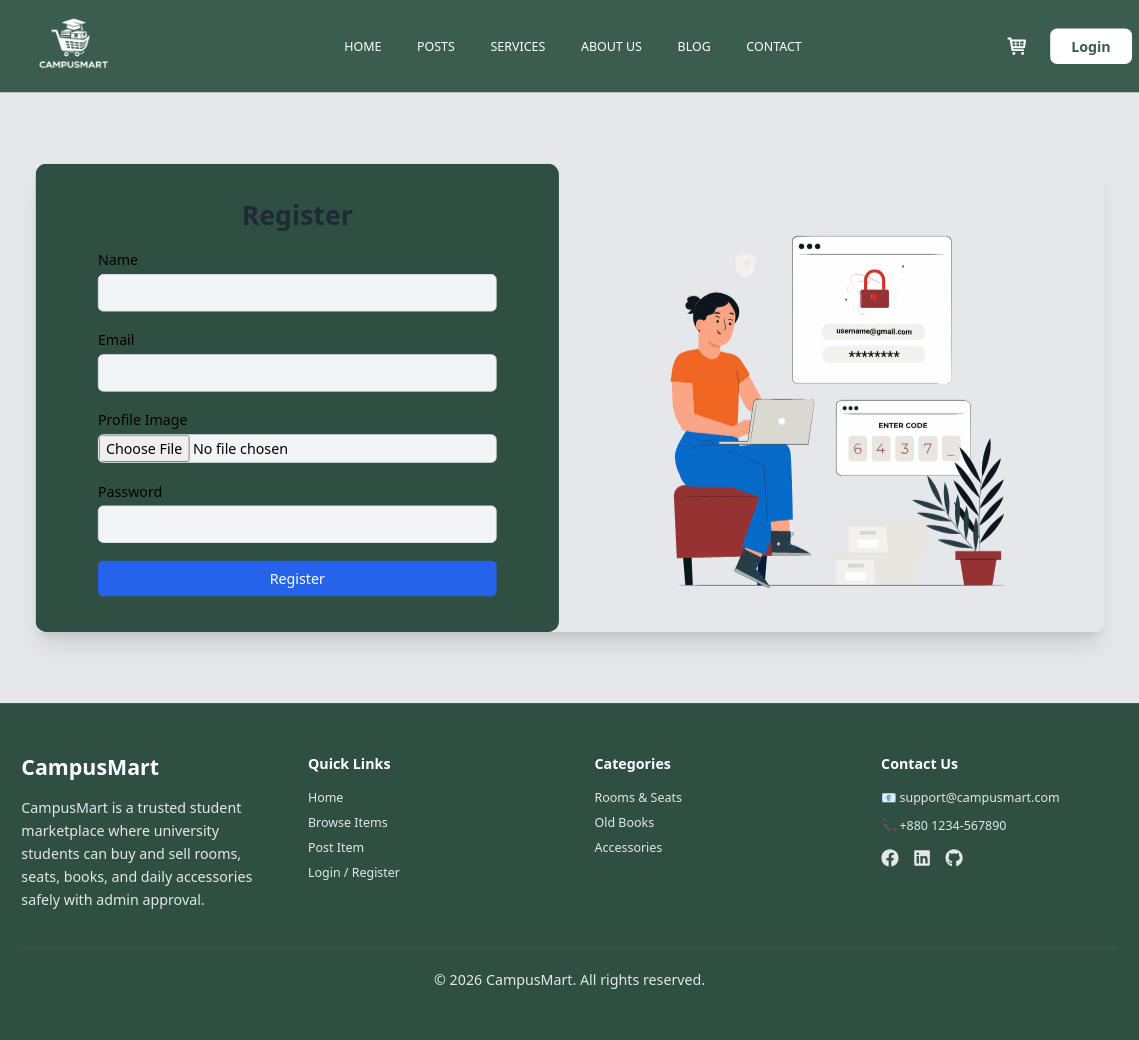
Repository: jahidhasanri/CAMPUSMART
Page: /register
These files come from the project's save history. The page is drawn as it stood at one moment and after the next save; the edit follows.
The browser window is 1280 px wide. The pictures show the whole page, at 89% of full size.
The project was rebuilt for these pictures with package versions that can differ from the ones it lists, and the page was loaded fresh each time. Also part of the build but not shown: vite.config.js, src/components/Banner.jsx, src/Pages/Home.jsx, src/Pages/Login.jsx.

Above is the page before, as saved 2026-01-13 23:40:00.

### index.html
<!doctype html>
<html lang="en">
  <head>
    <meta charset="UTF-8" />
    <link rel="icon" type="image/svg+xml" href="/vite.svg" />
    <meta name="viewport" content="width=device-width, initial-scale=1.0" />
    <title>campusmart</title>
  </head>
  <body>
    <div id="root"></div>
    <script type="module" src="/src/main.jsx"></script>
  </body>
</html>

### src/main.jsx
import { StrictMode } from 'react'
import { createRoot } from 'react-dom/client'
import './index.css'
import { RouterProvider } from 'react-router-dom'
import Router from './router/Router.jsx'


createRoot(document.getElementById('root')).render(
  <StrictMode>
    <RouterProvider router={Router} />
  </StrictMode>,
)

### src/router/Router.jsx
import { createBrowserRouter } from "react-router-dom";
import Home from "../Pages/Home.jsx";
import Main from "../components/Main.jsx";
import Login from "../Pages/Login.jsx";
import Register from "../Pages/Register.jsx";


const Router = createBrowserRouter([
  {
    path: "/",
    element: <Main></Main>,
    children:[
        {
            index:true,
            element:<Home></Home>
        },
        {
          path:"/login",
          element:<Login></Login>
        },
        {
          path:"/register",
          element:<Register></Register>
        }
    ]
  },
]);

export default Router;

### src/components/Main.jsx
import React from 'react';
import { Outlet } from 'react-router-dom';
import Navbar from './Navbar';
import Footer from './Footer';

const Main = () => {
    return (
        <div className=''>
            <Navbar></Navbar>
            <div className="min-h-[calc(100vh-422px)]">

            <Outlet></Outlet>
            </div>
            <Footer></Footer>
        </div>
    );
};

export default Main;

### src/Pages/Register.jsx
// import React, { useContext, useState } from 'react';
import { FaEye, FaEyeSlash } from 'react-icons/fa';
// import { toast } from 'react-toastify';
// import axios from 'axios';
// import { useNavigate } from 'react-router-dom';
// import { updateProfile } from 'firebase/auth';
import loginAnimation from '../json/success.json';
import Lottie from 'lottie-react';


const Register = () => {
//  const [preview, setPreview] = useState(null);
//  const [showPassword, setShowPassword] = useState(false);
//  const [error, setError] = useState("");
//  const { handelWithRegister, SetUser } = useContext(AuthContext);
//  const navigate = useNavigate();


//  const handleRegister = async (e) => {
//   e.preventDefault();
//   const form = e.target;
//   const name = form.name.value;
//   const email = form.email.value;
//   const password = form.password.value;
//   const image = form.image.files[0];

//   setError("");

//   try {
//     // Step 1: Firebase Register
//     const result = await handelWithRegister(email, password);

//     // Step 2: Image Upload
//     const formData = new FormData();
//     formData.append("image", image);

//     const imgRes = await axios.post(
//       `https://api.imgbb.com/1/upload?key=8be0cdd4b85b2bb02d8b738407647b48`,
//       formData
//     );

//     const imageUrl = imgRes.data.data.url;

//     // Step 3: Update Profile
//     await updateProfile(result.user, {
//       displayName: name,
//       photoURL: imageUrl,
//     });

//     // Step 4: Save to Database
//     await axios.post("https://resturent-management-server-three.vercel.app/users", {
//       name,
//       email,
//       image: imageUrl,
//       role: "user",
//     });

//     // Step 5: Set Context
//     SetUser({
//       email,
//       displayName: name,
//       photoURL: imageUrl,
//     });

//     toast.success("Registration successful!");
//     form.reset();
//     setPreview(null);
//     navigate("/");
//   } catch (err) {
//     console.log("Registration error: ", err);
//     toast.error("Registration failed!");
//   }
// };



//  const handleImageChange = (e) => {
//    const file = e.target.files[0];
//    if (file) {
//      setPreview(URL.createObjectURL(file));
//    }
//  };


 return (
   <div className="bg-gray-200 py-10 md:py-20 flex items-center justify-center px-4">
     <div className="w-full max-w-[1200px] h-auto grid grid-cols-1 sm:grid-cols-1 md:grid-cols-2 lg:grid-cols-2 xl:grid-cols-2 gap-6 items-center bg-cover bg-center rounded-lg overflow-hidden shadow-xl">

       {/* Form Section */}
       <div className="h-full rounded-xl flex items-center justify-center bg-[#2f4f43] p-6 md:p-10">
         <form  className="w-full max-w-md space-y-5">
           <h2 className="text-3xl font-bold mb-4 text-center text-gray-800">Register</h2>


           {/* Name Field */}
           <div>
             <label htmlFor="name" className="block mb-1 font-medium">Name</label>
             <input
               type="text"
               name="name"
               id="name"
               required
               className="w-full px-4 py-2 border rounded-md bg-gray-100 focus:ring-2 focus:ring-blue-500 focus:border-blue-500"
             />
           </div>


           {/* Email Field */}
           <div>
             <label htmlFor="email" className="block mb-1 font-medium">Email</label>
             <input
               type="email"
               name="email"
               id="email"
               required
               className="w-full px-4 py-2 border rounded-md bg-gray-100 focus:ring-2 focus:ring-blue-500 focus:border-blue-500"
             />
           </div>


           {/* Image Upload */}
           <div>
             <label htmlFor="image" className="block mb-1 font-medium">Profile Image</label>
             <input
               type="file"
               name="image"
               id="image"
               accept="image/*"
               required
            //    onChange={handleImageChange}
               className="w-full border rounded-md bg-gray-100 focus:ring-2 focus:ring-blue-500"
             />
             {/* {preview && (
               <img src={preview} alt="Preview" className="mt-2 w-24 h-24 object-cover rounded-full border" />
             )} */}
           </div>


           {/* Password Field */}
           <div className="relative">
             <label htmlFor="password" className="block mb-1 font-medium">Password</label>
             <input
            //    type={showPassword ? "text" : "password"}
            type='password'
               name="password"
               id="password"
               required
               className="w-full px-4 py-2 border rounded-md bg-gray-100 pr-10 focus:ring-2 focus:ring-blue-500 focus:border-blue-500"
             />
             <span
               className="absolute top-10 right-3 cursor-pointer text-gray-600"
            //    onClick={() => setShowPassword(!showPassword)}
             >
               {/* {showPassword ? <FaEyeSlash /> : <FaEye />} */}
             </span>
           </div>


           {/* Error Message */}
           {/* {error && <p className="text-red-600 text-sm">{error}</p>} */}


           {/* Submit Button */}
           <button
             type="submit"
             className="w-full bg-blue-600 text-white py-2 rounded-md hover:bg-blue-700 transition"
           >
             Register
           </button>
         </form>
       </div>


       {/* Animation Section */}
       <div className="w-full flex justify-center items-center p-4 md:p-0">
         <Lottie animationData={loginAnimation} loop={true} style={{ width: "100%", height: "100%", maxWidth: 400, maxHeight: 400 }} />
       </div>


     </div>
   </div>
 );
};


export default Register;

### src/components/Category.jsx
/* eslint-disable no-unused-vars */

import { motion } from "framer-motion";
import { FaHome, FaBook, FaShoppingBag } from "react-icons/fa";

const categories = [
  {
    title: "Rooms & Seats",
    desc: "Find or rent rooms and seats near your campus easily.",
    icon: <FaHome />,
  },
  {
    title: "Old Books",
    desc: "Buy and sell previous semester books at affordable prices.",
    icon: <FaBook />,
  },
  {
    title: "Accessories",
    desc: "Daily student essentials like bags, calculators, gadgets & more.",
    icon: <FaShoppingBag />,
  },
];

const fadeUp = {
  hidden: { opacity: 0, y: 60 },
  visible: {
    opacity: 1,
    y: 0,
    transition: {
      duration: 0.7,
      ease: "easeOut",
    },
  },
};

const Categories = () => {
  return (
    <section className="py-20 bg-[#f5f7f6]">
      <div className="max-w-[1300px] mx-auto px-6">

        {/* TITLE */}
        <motion.div
          variants={fadeUp}
          initial="hidden"
          whileInView="visible"
          viewport={{ once: true }}
          className="text-center mb-16"
        >
          <h2 className="text-3xl md:text-4xl font-bold text-gray-800 mb-4">
            Browse by Category
          </h2>
          <p className="text-gray-600 max-w-xl mx-auto">
            Explore categories specially designed for university students.
          </p>
        </motion.div>

        {/* CARDS */}
        <div className="grid grid-cols-1 md:grid-cols-2 lg:grid-cols-3 gap-10">
          {categories.map((item, index) => (
            <motion.div
              key={index}
              variants={fadeUp}
              initial="hidden"
              whileInView="visible"
              viewport={{ once: true }}
              transition={{ delay: index * 0.15 }}
              className="bg-white rounded-2xl p-8 shadow-md hover:shadow-lg transition-shadow duration-300"
            >
              <div className="text-4xl text-[#3b5d50] mb-6">
                {item.icon}
              </div>

              <h3 className="text-xl font-semibold text-gray-800 mb-3">
                {item.title}
              </h3>

              <p className="text-gray-600 text-sm leading-relaxed">
                {item.desc}
              </p>
            </motion.div>
          ))}
        </div>

      </div>
    </section>
  );
};

export default Categories;

### src/components/HowItWorks.jsx
/* eslint-disable no-unused-vars */
import { useState } from "react";
import { motion, AnimatePresence } from "framer-motion";
import { FaUserPlus, FaUpload, FaCheckCircle, FaHandshake, FaSearch, FaInfoCircle, FaPhone, FaShoppingCart } from "react-icons/fa";

const sellerSteps = [
  { id: 1, icon: <FaUserPlus />, title: "Register / Login", desc: "Create your student account to start selling rooms, books, or accessories." },
  { id: 2, icon: <FaUpload />, title: "Post Your Item", desc: "Add rooms, books, seats, or accessories for sale, submit for admin approval." },
  { id: 3, icon: <FaCheckCircle />, title: "Admin Approval", desc: "Admin reviews and approves your post before it goes live." },
  { id: 4, icon: <FaHandshake />, title: "Connect & Deal", desc: "Once approved, buyers can contact you to complete the transaction safely." },
];

const buyerSteps = [
  { id: 1, icon: <FaSearch />, title: "Browse Items", desc: "Explore available rooms, books, and accessories inside your campus." },
  { id: 2, icon: <FaInfoCircle />, title: "Check Details", desc: "See post info, price, location, and ensure it is admin approved." },
  { id: 3, icon: <FaPhone />, title: "Connect With Seller", desc: "Contact the seller safely to negotiate or ask questions." },
  { id: 4, icon: <FaShoppingCart />, title: "Buy / Rent", desc: "Complete the transaction and enjoy your new item." },
];

const fadeUp = {
  hidden: { opacity: 0, y: 60 },
  visible: { opacity: 1, y: 0, transition: { duration: 0.7, ease: "easeOut" } },
};

const HowItWorks = () => {
  const [activeTab, setActiveTab] = useState("seller");

  const steps = activeTab === "seller" ? sellerSteps : buyerSteps;

  return (
    <section className="py-20 bg-white">
      <div className="max-w-[1300px] mx-auto px-6">

        {/* SECTION TITLE + TAB */}
        <motion.div
          variants={fadeUp}
          initial="hidden"
          whileInView="visible"
          viewport={{ once: true }}
          className="text-center mb-12"
        >
          <h2 className="text-3xl md:text-4xl font-bold text-gray-800 mb-4">
            How CampusMart Works
          </h2>
          <p className="text-gray-600 max-w-xl mx-auto">
            Simple steps for both sellers and buyers inside your university community.
          </p>

          {/* Tabs */}
          <div className="flex justify-center gap-6 mt-6">
            <button
              className={`px-5 py-2 rounded-full font-semibold ${activeTab === "seller" ? "bg-[#3b5d50] text-white" : "bg-gray-200 text-gray-800"}`}
              onClick={() => setActiveTab("seller")}
            >
              Seller
            </button>
            <button
              className={`px-5 py-2 rounded-full font-semibold ${activeTab === "buyer" ? "bg-[#3b5d50] text-white" : "bg-gray-200 text-gray-800"}`}
              onClick={() => setActiveTab("buyer")}
            >
              Buyer
            </button>
          </div>
        </motion.div>

        {/* Steps Grid */}
        <div className="grid grid-cols-1 md:grid-cols-2 lg:grid-cols-4 gap-10">
          <AnimatePresence mode="wait">
            {steps.map((step, index) => (
              <motion.div
                key={step.id}
                variants={fadeUp}
                initial="hidden"
                whileInView="visible"
                exit={{ opacity: 0, y: 40, transition: { duration: 0.3 } }}
                viewport={{ once: true }}
                transition={{ delay: index * 0.15 }}
                className="bg-[#f5f7f6] p-8 rounded-2xl shadow-md hover:shadow-lg transition-shadow duration-300 text-center"
              >
                <div className="text-5xl text-[#3b5d50] mb-6">{step.icon}</div>
                <h3 className="text-xl font-semibold text-gray-800 mb-3">{step.title}</h3>
                <p className="text-gray-600 text-sm leading-relaxed">{step.desc}</p>
              </motion.div>
            ))}
          </AnimatePresence>
        </div>
      </div>
    </section>
  );
};

export default HowItWorks;

### src/components/Navbar.jsx

import { useState } from "react";
import { Link } from "react-router-dom";
import { TiShoppingCart } from "react-icons/ti";
import { HiMenuAlt3, HiX } from "react-icons/hi";

const Navbar = () => {
  const [menuOpen, setMenuOpen] = useState(false);

  const navLinks = [
    { name: "HOME", path: "/" },
    { name: "POSTS", path: "/products" },
    { name: "SERVICES", path: "/services" },
    { name: "ABOUT US", path: "/about" },
    { name: "BLOG", path: "/blog" },
    { name: "CONTACT", path: "/contact" },
  ];

  return (
    <header className="bg-[#3b5d50] text-white">
      <div className="max-w-[1300px]  mx-auto px-2 py-5">
        <div className="flex items-center justify-between h-16">

          {/* Logo */}
         <Link href={'/'}>
          <img src="/images/campu_logo-removebg-preview.png" className="w-[150px] h-26" alt="Green Nest Logo" />
         </Link>

          {/* Desktop Menu (lg only) */}
          <ul className="hidden lg:flex gap-10 font-normal text-sm">
            {navLinks.map((link) => {
              return (
                <li key={link.path}>
                  <Link
                    href={link.path}
                    className={`pb-1 transition-all duration-300`}
                  >
                    {link.name}
                  </Link>
                </li>
              );
            })}
          </ul>

          {/* Cart + Login (md and up) */}
          <Link href={'/login'} className="hidden md:flex items-center gap-6">
            <TiShoppingCart
              size={26}
              className="cursor-pointer hover:text-[#5a8139]"
            />
            <Link to={'/login'} className="bg-white text-[#3b5d50] px-6 py-2 rounded-lg font-semibold hover:bg-gray-200 transition">
                Login
              </Link>
          </Link>

          {/* Hamburger (md & sm only) */}
          <div className="lg:hidden">
            <button onClick={() => setMenuOpen(!menuOpen)}>
              {menuOpen ? <HiX size={28} /> : <HiMenuAlt3 size={28} />}
            </button>
          </div>
        </div>

        {/* Mobile + Tablet Menu */}
        {menuOpen && (
          <div className="lg:hidden mt-4">
            <ul className="flex flex-col gap-4 font-medium">
              {navLinks.map((link) => {
                return (
                  <li key={link.path}>
                    <Link
                      href={link.path}
                      onClick={() => setMenuOpen(false)}
                      className={`block pb-1`}
                    >
                      {link.name}
                    </Link>
                  </li>
                );
              })}
            </ul>

                <Link href={'/login'} className=" md:hidden items-center gap-6">
            <TiShoppingCart
              size={26}
              className="cursor-pointer mb-5 mt-5 hover:text-[#5a8139]"
            />
            <button className="bg-[#5a8139] mb-5 hover:bg-[#5b8139d7] px-4 py-1.5 cursor-pointer rounded">
              Login
            </button>
          </Link>

          </div>
        )}
      </div>
    </header>
  );
};

export default Navbar;

### src/components/Footer.jsx
import { FaFacebook, FaLinkedin, FaGithub } from "react-icons/fa";

const Footer = () => {
  return (
    <footer className="bg-[#2f4f43] text-gray-200">
      <div className="max-w-[1300px] mx-auto px-6 py-14">
        <div className=" grid grid-cols-1 md:grid-cols-2 lg:grid-cols-4 gap-14">

          {/* BRAND */}
          <div className="">
            <h2 className="text-2xl font-bold text-white mb-4">
              CampusMart
            </h2>
            <p className="text-[16px] leading-relaxed">
              CampusMart is a trusted student marketplace where university
              students can buy and sell rooms, seats, books, and daily
              accessories safely with admin approval.
            </p>
          </div>

          {/* QUICK LINKS */}
          <div>
            <h3 className="text-[16px] font-semibold text-white mb-4">
              Quick Links
            </h3>
            <ul className="space-y-2 text-sm">
              <li className="hover:text-white cursor-pointer">Home</li>
              <li className="hover:text-white cursor-pointer">Browse Items</li>
              <li className="hover:text-white cursor-pointer">Post Item</li>
              <li className="hover:text-white cursor-pointer">Login / Register</li>
            </ul>
          </div>

          {/* CATEGORIES */}
          <div>
            <h3 className="text-[16px] font-semibold text-white mb-4">
              Categories
            </h3>
            <ul className="space-y-2 text-sm">
              <li className="hover:text-white cursor-pointer">Rooms & Seats</li>
              <li className="hover:text-white cursor-pointer">Old Books</li>
              <li className="hover:text-white cursor-pointer">Accessories</li>
            </ul>
          </div>

          {/* CONTACT */}
          <div>
            <h3 className="text-[16px] font-semibold text-white mb-4">
              Contact Us
            </h3>
            <p className="text-sm mb-3">📧 support@campusmart.com</p>
            <p className="text-sm mb-4">📞 +880 1234-567890</p>

            <div className="flex gap-4 text-xl">
              <FaFacebook className="hover:text-white cursor-pointer" />
              <FaLinkedin className="hover:text-white cursor-pointer" />
              <FaGithub className="hover:text-white cursor-pointer" />
            </div>
          </div>

        </div>

        {/* BOTTOM */}
        <div className="border-t border-gray-600 mt-10 pt-6 text-center text-[16px]">
          © {new Date().getFullYear()} CampusMart. All rights reserved.
        </div>
      </div>
    </footer>
  );
};

export default Footer;

Loaded but not shown: src/index.css (common file); src/json/success.json (common file); tailwind.config.js (common file)

After the next save:
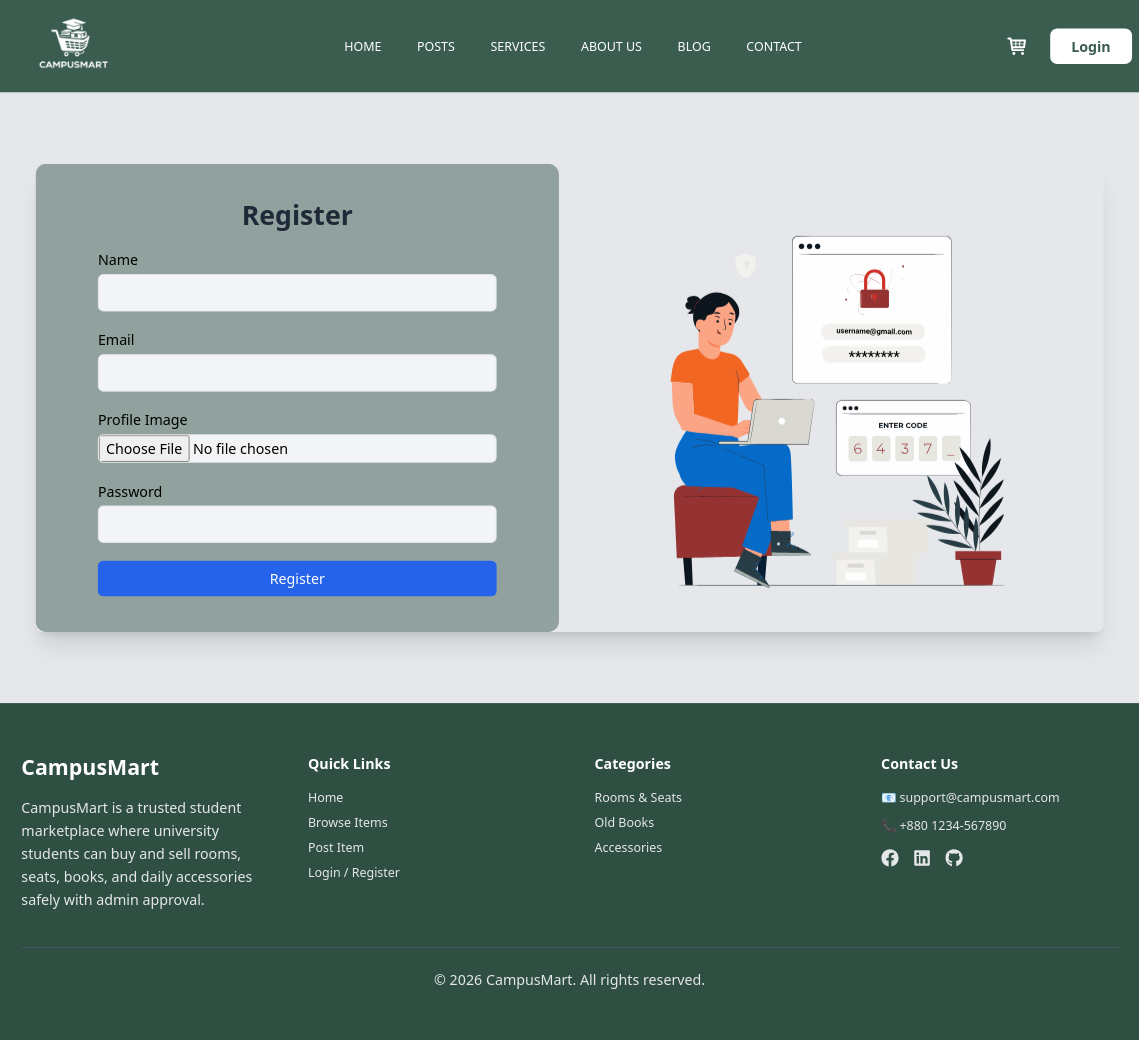
Saved 9 s later.
--- a/src/Pages/Register.jsx
+++ b/src/Pages/Register.jsx
@@ -87,7 +87,7 @@ const Register = () => {
      <div className="w-full max-w-[1200px] h-auto grid grid-cols-1 sm:grid-cols-1 md:grid-cols-2 lg:grid-cols-2 xl:grid-cols-2 gap-6 items-center bg-cover bg-center rounded-lg overflow-hidden shadow-xl">
 
        {/* Form Section */}
-       <div className="h-full rounded-xl flex items-center justify-center bg-[#2f4f43] p-6 md:p-10">
+       <div className="h-full rounded-xl flex items-center justify-center bg-[#2f4f4376] p-6 md:p-10">
          <form  className="w-full max-w-md space-y-5">
            <h2 className="text-3xl font-bold mb-4 text-center text-gray-800">Register</h2>
 
